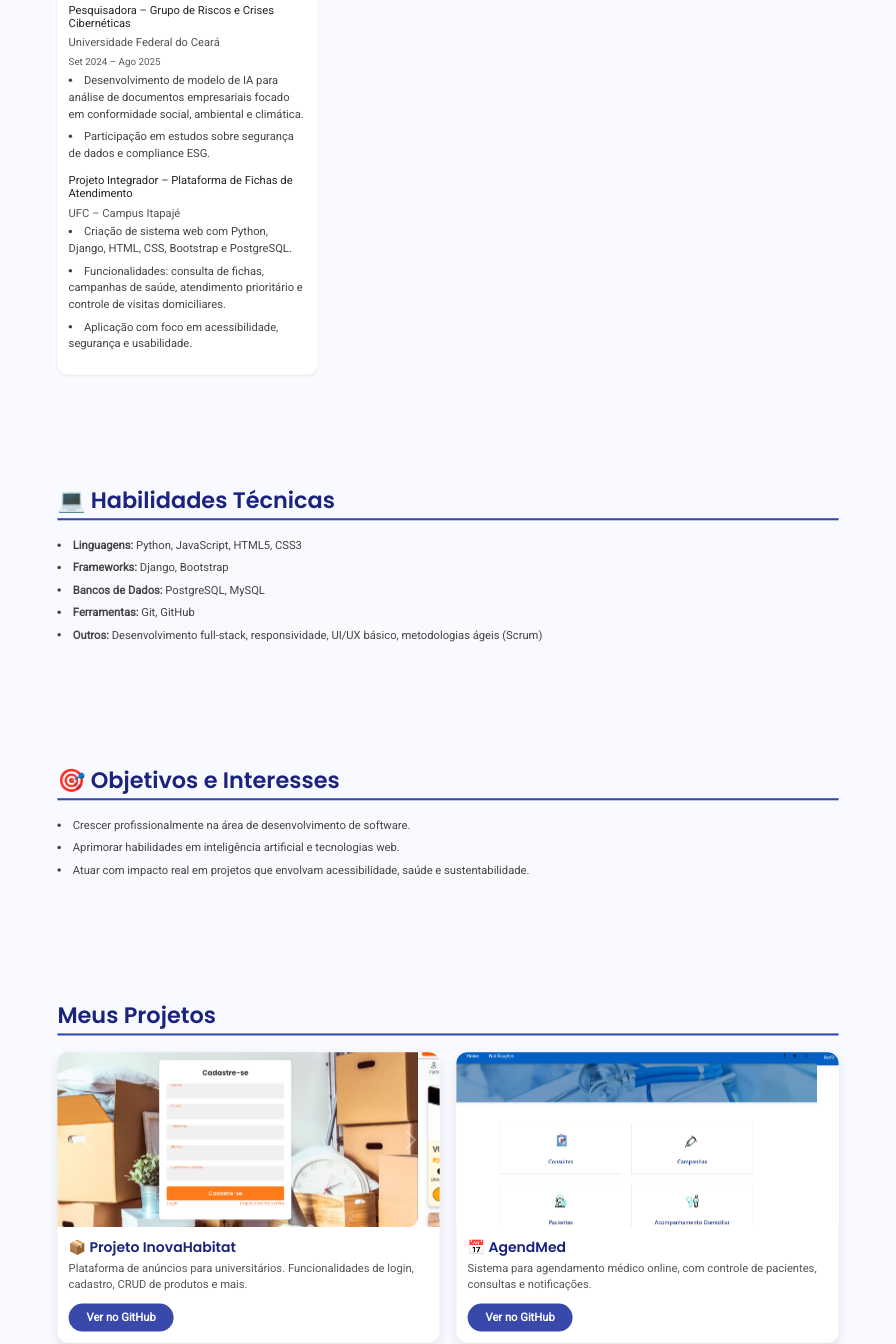
Repository: Suziane90/Portifolio
Page: index2.html
The author's editor kept a copy of each file at every save. The page is drawn from the files as they stood at one save, then again after the next save.
The browser window is 1280 px wide. The pictures show the part of the page from y = 1065 to 2985 px (the page is 3461 px tall before and 3188 px after), at 70% of full size.

Above is the page before, as saved 2025-07-24 11:06:24.

### index2.html
<!DOCTYPE html>
<html lang="pt-br">

<head>
  <meta charset="UTF-8" />
  <meta name="viewport" content="width=device-width, initial-scale=1" />
  <title>Portfólio | Anne Wan</title>

  <!-- Bootstrap CSS -->
  <link href="https://cdn.jsdelivr.net/npm/bootstrap@5.3.0/dist/css/bootstrap.min.css" rel="stylesheet" />

  <!-- Google Fonts: Poppins e Roboto -->
  <link href="https://fonts.googleapis.com/css2?family=Poppins:wght@300;600&family=Roboto&display=swap" rel="stylesheet" />

  <style>
    /* Reset e fontes */
    body {
      font-family: 'Roboto', sans-serif;
      background: #f9faff;
      scroll-behavior: smooth;
      color: #333;
    }

    h1,
    h2,
    h3,
    h4,
    h5 {
      font-family: 'Poppins', sans-serif;
    }

    /* Navbar personalizada */
    .navbar-custom {
      background: #1a237e; /* azul escuro */
      box-shadow: 0 4px 12px rgb(26 35 126 / 0.3);
    }

    .navbar-custom .navbar-brand,
    .navbar-custom .nav-link {
      color: #ffffff;
      font-weight: 600;
    }

    .navbar-custom .nav-link:hover {
      color: #ffca28; /* amarelo suave */
    }

    /* Header */
    header {
      background: linear-gradient(135deg, #3949ab, #1a237e);
      color: #fff;
      padding: 6rem 1rem 4rem;
      text-align: center;
      box-shadow: 0 8px 25px rgb(26 35 126 / 0.4);
    }

    header h1 {
      font-size: 3.5rem;
      font-weight: 700;
      margin-bottom: 0.3rem;
    }

    header p {
      font-size: 1.25rem;
      font-weight: 400;
      letter-spacing: 1px;
      opacity: 0.85;
    }

    /* Seções */
    section {
      padding: 3rem 0 4rem;
    }

    section h2 {
      font-weight: 700;
      margin-bottom: 1.5rem;
      border-bottom: 3px solid #3949ab;
      padding-bottom: 0.4rem;
      color: #1a237e;
    }

    /* Cards dos projetos */
    .card {
      border-radius: 1rem;
      box-shadow: 0 6px 15px rgb(0 0 0 / 0.1);
      transition: transform 0.3s ease, box-shadow 0.3s ease;
      overflow: hidden;
    }

    .card:hover {
      transform: translateY(-10px);
      box-shadow: 0 15px 30px rgb(0 0 0 / 0.15);
    }

    .card-body h5 {
      font-weight: 700;
      color: #1a237e;
    }

    .card-body p {
      color: #555;
      line-height: 1.4;
    }

    .btn-primary {
      background-color: #3949ab;
      border: none;
      font-weight: 600;
      padding: 0.5rem 1.6rem;
      border-radius: 50px;
      transition: background-color 0.3s ease;
    }

    .btn-primary:hover {
      background-color: #1a237e;
    }

    /* Carousel */
    .carousel-inner img {
      border-bottom-left-radius: 1rem;
      border-bottom-right-radius: 1rem;
      height: 250px;
      object-fit: cover;
      user-select: none;
    }

    /* Listas e textos */
    ul {
      list-style: disc inside;
      padding-left: 0;
      color: #444;
    }

    ul li {
      margin-bottom: 0.5rem;
      font-size: 1rem;
    }

    /* Footer */
    footer {
      background-color: #1a237e;
      color: #eee;
      padding: 1rem 0;
      text-align: center;
      font-size: 0.9rem;
      letter-spacing: 1px;
    }

    /* Espaçamento entre seções no mobile */
    @media (max-width: 767px) {
      header h1 {
        font-size: 2.5rem;
      }

      header p {
        font-size: 1rem;
      }

      .carousel-inner img {
        height: 200px;
      }
    }
  </style>
</head>

<body>

  <!-- Navbar -->
  <nav class="navbar navbar-expand-md navbar-custom fixed-top shadow-sm">
    <div class="container">
      <a class="navbar-brand" href="#">Anne Wan</a>
      <button class="navbar-toggler" type="button" data-bs-toggle="collapse" data-bs-target="#navMenu" aria-controls="navMenu"
        aria-expanded="false" aria-label="Alternar navegação">
        <span class="navbar-toggler-icon" style="filter: invert(1);"></span>
      </button>
      <div class="collapse navbar-collapse" id="navMenu">
        <ul class="navbar-nav ms-auto gap-3">
          <li class="nav-item"><a class="nav-link" href="#sobre">Sobre</a></li>
          <li class="nav-item"><a class="nav-link" href="#experiencia">Experiência</a></li>
          <li class="nav-item"><a class="nav-link" href="#habilidades">Habilidades</a></li>
          <li class="nav-item"><a class="nav-link" href="#objetivos">Objetivos</a></li>
          <li class="nav-item"><a class="nav-link" href="#projetos">Projetos</a></li>
          <li class="nav-item"><a class="nav-link" href="#contato">Contato</a></li>
        </ul>
      </div>
    </div>
  </nav>

  <!-- Header -->
  <header>
    <div class="container">
      <h1>Anne Wan</h1>
      <p>Desenvolvedora Web | Estudante de ADS</p>
    </div>
  </header>

  <main class="container my-5">

    <!-- Sobre Mim -->
    <section id="sobre" class="mb-5">
      <h2>Sobre Mim</h2>
      <p>
        Sou estudante de Análise e Desenvolvimento de Sistemas, dedicada e sempre em busca de aprimoramento contínuo. Tenho uma forte base em desenvolvimento web full-stack, e gosto de encarar desafios com seriedade e criatividade.
      </p>
    </section>

    <!-- Experiência & Formação -->
    <section id="experiencia" class="mb-5">
      <h2>Experiência & Formação</h2>

      <div class="mb-4">
        <h5><strong>Suziane Brandão Andrade</strong></h5>
        <p>📍 Itapajé – CE | 📧 <a href="mailto:suzianebrandao980@gmail.com" class="link-primary">suzianebrandao980@gmail.com</a> | 📞 (85) 99422-3336</p>
      </div>

      <div class="col-md-4">
      <div class="card shadow-sm h-100 border-0">
        <div class="card-body">
          <h5 class="card-title fw-bold">🎓 Formação Acadêmica</h5>
          <p class="card-text mb-0"><strong>Tecnologia em Análise e Desenvolvimento de Sistemas</strong></p>
          <p class="card-text mb-0">Universidade Federal do Ceará – Campus Itapajé</p>
          <p class="card-text"><small class="text-muted">Período: Em andamento</small></p>
        </div>
      </div>
    </div>

          <!-- Experiência -->
    <div class="col-md-4">
      <div class="card shadow-sm h-100 border-0">
        <div class="card-body">
          <h5 class="card-title fw-bold">🧪 Experiência em Projetos e Pesquisa</h5>

          <h6 class="mt-2">Pesquisadora – Grupo de Riscos e Crises Cibernéticas</h6>
          <p class="mb-1">Universidade Federal do Ceará</p>
          <p class="mb-1"><small class="text-muted">Set 2024 – Ago 2025</small></p>
          <ul>
            <li>Desenvolvimento de modelo de IA para análise de documentos empresariais focado em conformidade social, ambiental e climática.</li>
            <li>Participação em estudos sobre segurança de dados e compliance ESG.</li>
          </ul>

          <h6 class="mt-3">Projeto Integrador – Plataforma de Fichas de Atendimento</h6>
          <p class="mb-1">UFC – Campus Itapajé</p>
          <ul>
            <li>Criação de sistema web com Python, Django, HTML, CSS, Bootstrap e PostgreSQL.</li>
            <li>Funcionalidades: consulta de fichas, campanhas de saúde, atendimento prioritário e controle de visitas domiciliares.</li>
            <li>Aplicação com foco em acessibilidade, segurança e usabilidade.</li>
          </ul>

    </section>

    <!-- Habilidades Técnicas -->
    <section id="habilidades" class="mb-5">
      <h2>💻 Habilidades Técnicas</h2>
      <ul>
        <li><strong>Linguagens:</strong> Python, JavaScript, HTML5, CSS3</li>
        <li><strong>Frameworks:</strong> Django, Bootstrap</li>
        <li><strong>Bancos de Dados:</strong> PostgreSQL, MySQL</li>
        <li><strong>Ferramentas:</strong> Git, GitHub</li>
        <li><strong>Outros:</strong> Desenvolvimento full-stack, responsividade, UI/UX básico, metodologias ágeis (Scrum)</li>
      </ul>
    </section>

    <!-- Objetivos e Interesses -->
    <section id="objetivos" class="mb-5">
      <h2>🎯 Objetivos e Interesses</h2>
      <ul>
        <li>Crescer profissionalmente na área de desenvolvimento de software.</li>
        <li>Aprimorar habilidades em inteligência artificial e tecnologias web.</li>
        <li>Atuar com impacto real em projetos que envolvam acessibilidade, saúde e sustentabilidade.</li>
      </ul>
    </section>

    <!-- Projetos -->
    <section id="projetos" class="mb-5">
      <h2>Meus Projetos</h2>

      <div class="row gy-4">

        <!-- Projeto InovaHabitat -->
        <div class="col-md-6">
          <div class="card h-100 border-0">
            <div id="carouselInova" class="carousel slide rounded-top" data-bs-ride="carousel">
              <div class="carousel-inner">
                <div class="carousel-item active">
                  <img src="assets/Inova3.png" class="d-block w-100" alt="InovaHabitat imagem 1" />
                </div>
                <div class="carousel-item">
                  <img src="assets/inova2.png" class="d-block w-100" alt="InovaHabitat imagem 2" />
                </div>
                <div class="carousel-item">
                  <img src="assets/Inova6.png" class="d-block w-100" alt="InovaHabitat imagem 3" />
                </div>
              </div>
              <button
                class="carousel-control-prev"
                type="button"
                data-bs-target="#carouselInova"
                data-bs-slide="prev"
              >
                <span class="carousel-control-prev-icon" aria-hidden="true"></span>
                <span class="visually-hidden">Anterior</span>
              </button>
              <button
                class="carousel-control-next"
                type="button"
                data-bs-target="#carouselInova"
                data-bs-slide="next"
              >
                <span class="carousel-control-next-icon" aria-hidden="true"></span>
                <span class="visually-hidden">Próximo</span>
              </button>
            </div>
            <div class="card-body">
              <h5 class="card-title">📦 Projeto InovaHabitat</h5>
              <p class="card-text">
                Plataforma de anúncios para universitários. Funcionalidades de login, cadastro, CRUD de produtos e mais.
              </p>
              <a href="https://github.com/seuusuario/inova-habitat" target="_blank" class="btn btn-primary"
                >Ver no GitHub</a
              >
            </div>
          </div>
        </div>

        <!-- Projeto AgendMed -->
        <div class="col-md-6">
          <div class="card h-100 border-0">
            <div id="carouselAgendMed" class="carousel slide rounded-top" data-bs-ride="carousel">
              <div class="carousel-inner">
                <div class="carousel-item active">
                  <img src="assets/Agend2.png" class="d-block w-100" alt="AgendMed imagem 1" />
                </div>
                <div class="carousel-item">
                  <img src="assets/Agend3.png" class="d-block w-100" alt="AgendMed imagem 2" />
                </div>
                <div class="carousel-item">
                  <img src="assets/Agend4.png" class="d-block w-100" alt="AgendMed imagem 3" />
                </div>
              </div>
              <button
                class="carousel-control-prev"
                type="button"
                data-bs-target="#carouselAgendMed"
                data-bs-slide="prev"
              >
                <span class="carousel-control-prev-icon" aria-hidden="true"></span>
                <span class="visually-hidden">Anterior</span>
              </button>
              <button
                class="carousel-control-next"
                type="button"
                data-bs-target="#carouselAgendMed"
                data-bs-slide="next"
              >
                <span class="carousel-control-next-icon" aria-hidden="true"></span>
                <span class="visually-hidden">Próximo</span>
              </button>
            </div>
            <div class="card-body">
              <h5 class="card-title">📅 AgendMed</h5>
              <p class="card-text">
                Sistema para agendamento médico online, com controle de pacientes, consultas e notificações.
              </p>
              <a href="https://github.com/seuusuario/agendmed" target="_blank" class="btn btn-primary"
                >Ver no GitHub</a
              >
            </div>
          </div>
        </div>

      </div>
    </section>

    <!-- Contato -->
    <section id="contato" class="mb-5">
      <h2>Contato</h2>
      <p>Email: <a href="mailto:annewan@email.com" class="link-primary">annewan@email.com</a></p>
      <p>
        <a href="https://github.com/seuusuario" target="_blank" class="me-3 link-primary">GitHub</a>
        <a href="https://linkedin.com/in/seulinkedin" target="_blank" class="link-primary">LinkedIn</a>
      </p>
    </section>

  </main>

  <footer>
    <small>© 2025 Anne Wan</small>
  </footer>

  <!-- Bootstrap JS Bundle -->
  <script src="https://cdn.jsdelivr.net/npm/bootstrap@5.3.0/dist/js/bootstrap.bundle.min.js"></script>

</body>

</html>

After the next save:
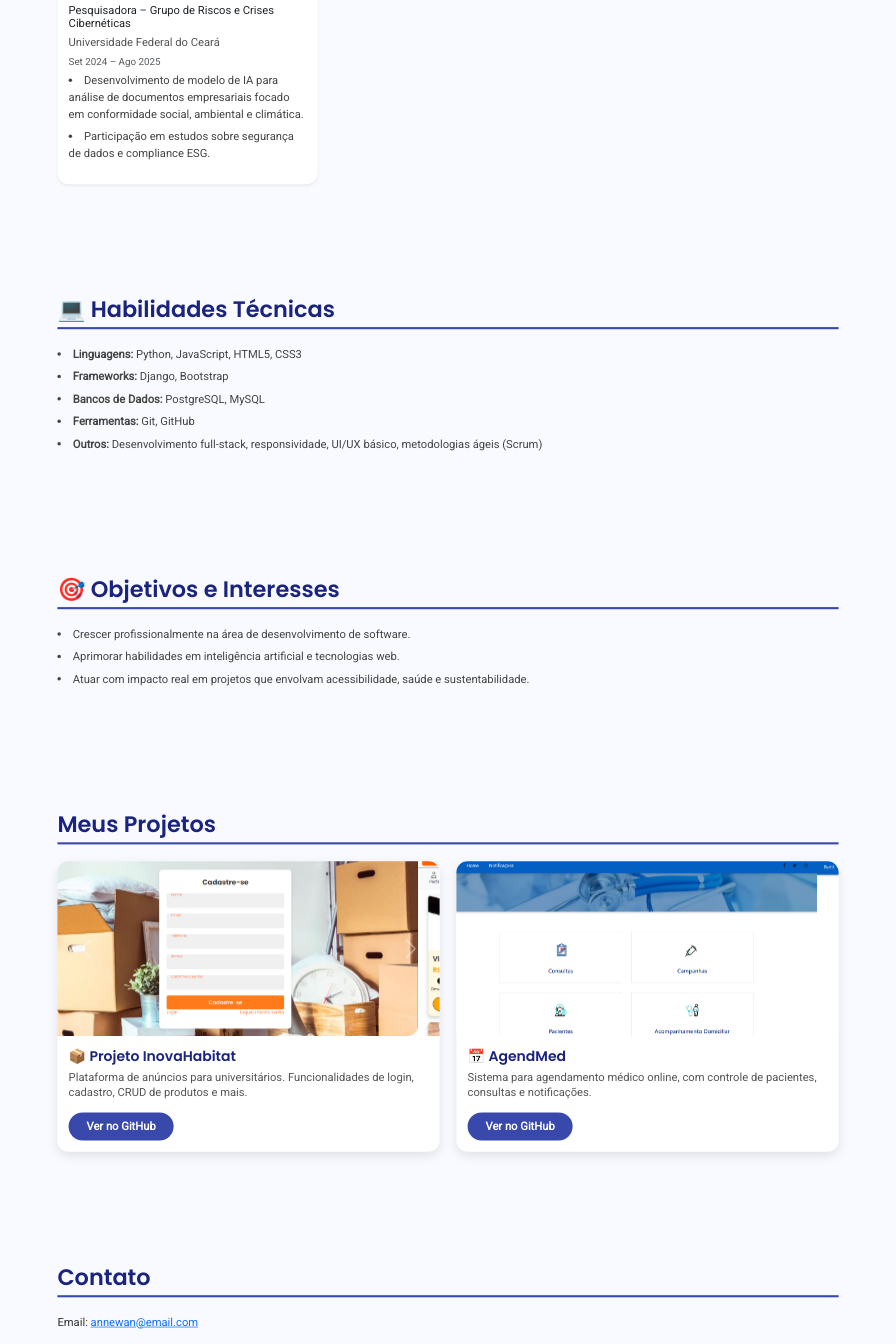
Saved 25 s later.
--- a/index2.html
+++ b/index2.html
@@ -239,14 +239,6 @@
             <li>Participação em estudos sobre segurança de dados e compliance ESG.</li>
           </ul>
 
-          <h6 class="mt-3">Projeto Integrador – Plataforma de Fichas de Atendimento</h6>
-          <p class="mb-1">UFC – Campus Itapajé</p>
-          <ul>
-            <li>Criação de sistema web com Python, Django, HTML, CSS, Bootstrap e PostgreSQL.</li>
-            <li>Funcionalidades: consulta de fichas, campanhas de saúde, atendimento prioritário e controle de visitas domiciliares.</li>
-            <li>Aplicação com foco em acessibilidade, segurança e usabilidade.</li>
-          </ul>
-
     </section>
 
     <!-- Habilidades Técnicas -->
